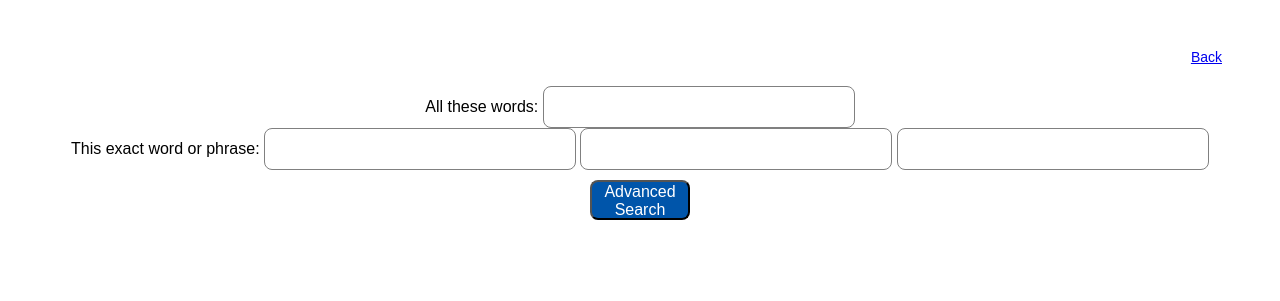
Repository: lyutok/cs50-search-project
Page: advanced.html
An editor plug-in stored every save of this project. The page is shown before and after the next save, followed by the edit.
The browser window is 1280 px wide. The pictures show the whole page.
The style sheet was rebuilt from its Sass, Less or Tailwind sources for each picture, by a compiler version that may differ from the author's.

Above is the page before, as saved 2025-07-07 12:14:20.

After the next save:
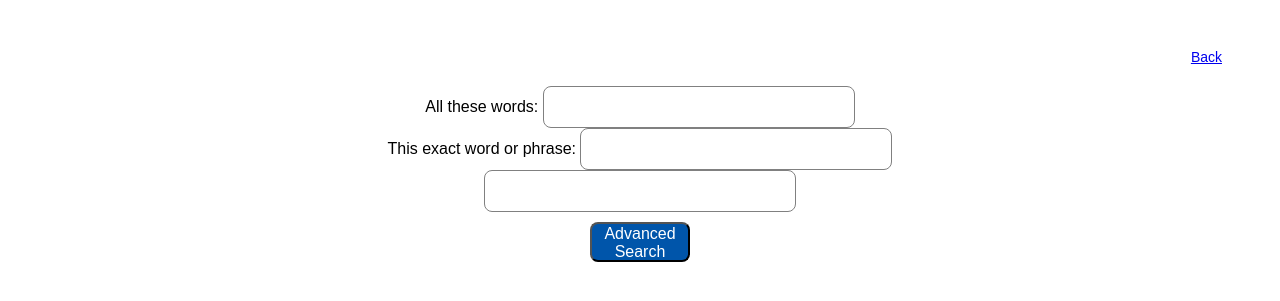
Saved 15 s later.
--- a/advanced.html
+++ b/advanced.html
@@ -15,7 +15,7 @@
         <br>
         <label for="exact-word">This exact word or phrase:</label>
         <input type="text" id="exact-word" name="as_epq">
-
+        <br
         <input type="text" name="any of these words:">
         <input type="text" name="none of these words:">
         <br>
